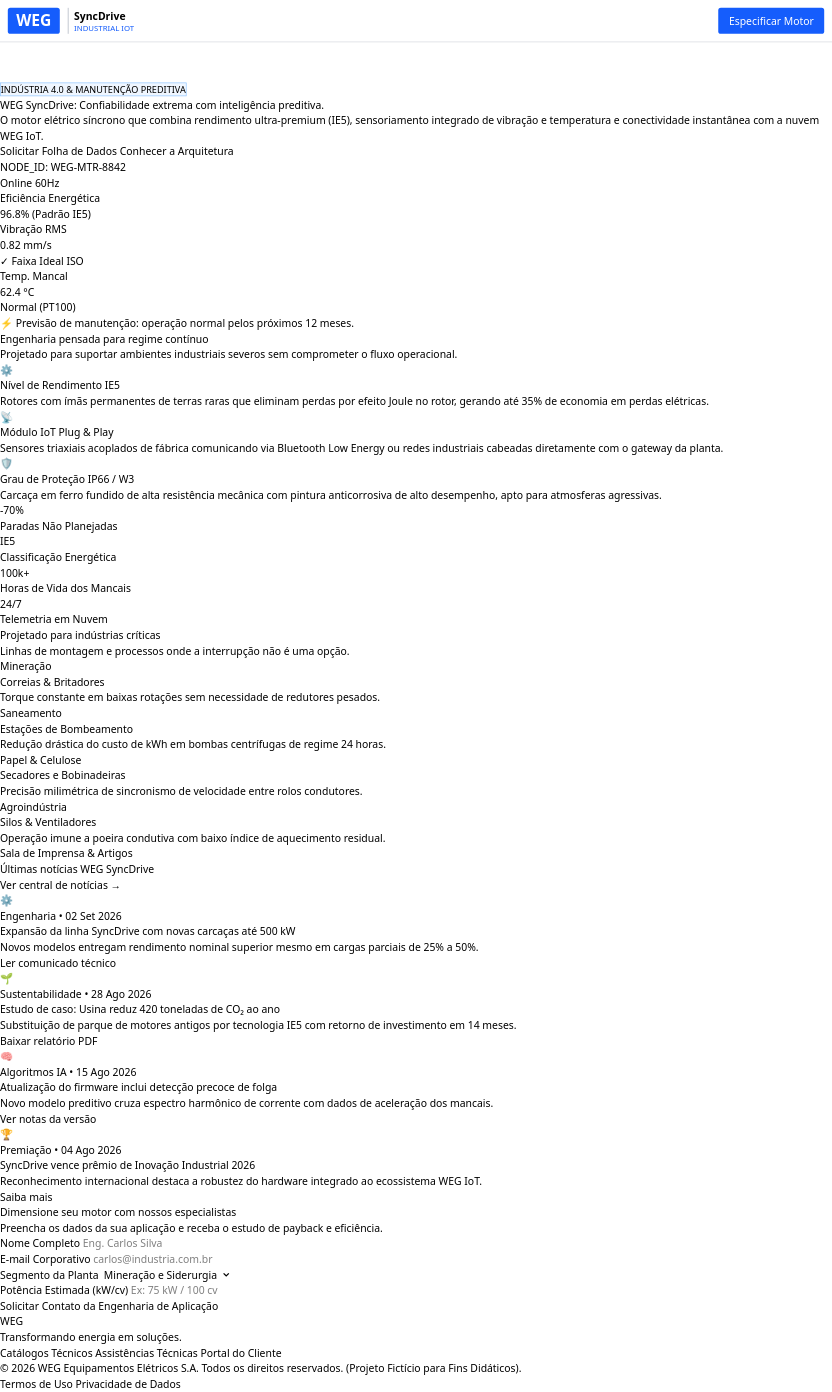
Repository: camilewng/Exercicio-Tailwind
Page: index.html
The author's editor kept a copy of each file at every save. The page is drawn from the files as they stood at one save, then again after a run of saves.
The browser window is 1280 px wide. The pictures show the whole page, at 65% of full size.

Above is the page before, as saved 2026-09-08 19:07:22.

### index.html
<!DOCTYPE html>
<html lang="pt-BR">
<head>
  <meta charset="UTF-8">
  <meta name="viewport" content="width=device-width, initial-scale=1.0">
  <title>WEG SyncDrive IoT - Exercício Tailwind CSS</title>
  <script src="https://cdn.jsdelivr.net/npm/@tailwindcss/browser@4"></script>
</head>
<body>

  <!-- ==========================================
       1. HEADER / NAVBAR
       Desafio:
       - Fixar no topo (sticky top-0) com fundo translúcido/blur.
       - Logo WEG em destaque com fundo azul industrial.
       - Menu oculto em telas pequenas e visível em lg:.
  =========================================== -->
  <header>
    <div class="flex flex-row justify-between border-b border-gray-300 mb-15">
      <div class="flex">
        <div class="bg-blue-600 text-white text-2xl font-black w-20 h-10 text-center pt-0.75 rounded-sm m-3">
          WEG
        </div>
        <div class="flex flex-col border-l-2 border-gray-300 h-10 pl-2 mt-3">
          <span class="font-bold">SyncDrive</span>
          <span class="text-blue-600 uppercase font-medium text-xs">Industrial IoT</span>
        </div>
      </div>

      <nav class="hidden">
        <a href="#solucao">A Solução</a>
        <a href="#recursos">Tecnologia</a>
        <a href="#metricas">Performance</a>
        <a href="#aplicacoes">Aplicações</a>
        <a href="#novidades">Notícias</a>
      </nav>

      <div class="flex">
        <a href="#contato" class="hidden">Falar com Consultor</a>
        <a href="#contato" class="bg-blue-600 text-white px-4 py-2 mr-3 mt-3 mb-3 rounded-sm font-medium">
          Especificar Motor
        </a>
      </div>
    </div>
  </header>

  <main>
    <!-- ==========================================
         2. HERO SECTION
         Desafio:
         - Layout em grid de 2 colunas no desktop (texto + painel de telemetria).
         - Centralizado no mobile, alinhado à esquerda em lg:.
         - Estilizar o card escuro de telemetria com badges e status.
    =========================================== -->
    <section id="solucao">
      <div>
        <div>

          <!-- Coluna 1: Conteúdo Textual -->
          <div>
            <span class="bg-blue-50 border border-blue-300 uppercase text-sm">Indústria 4.0 & Manutenção Preditiva</span>
            <h1>WEG SyncDrive: Confiabilidade extrema com inteligência preditiva.</h1>
            <p>
              O motor elétrico síncrono que combina rendimento ultra-premium (IE5), sensoriamento integrado de vibração e temperatura e conectividade instantânea com a nuvem WEG IoT.
            </p>
            <div>
              <a href="#contato">Solicitar Folha de Dados</a>
              <a href="#recursos">Conhecer a Arquitetura</a>
            </div>
          </div>

          <!-- Coluna 2: Card de Telemetria IoT -->
          <div>
            <div>
              <div>
                <span>NODE_ID: WEG-MTR-8842</span>
                <div>
                  <span></span>
                  <span>Online 60Hz</span>
                </div>
              </div>

              <div>
                <div>
                  <span>Eficiência Energética</span>
                  <div>96.8% <span>(Padrão IE5)</span></div>
                </div>

                <div>
                  <div>
                    <span>Vibração RMS</span>
                    <div>0.82 mm/s</div>
                    <span>✓ Faixa Ideal ISO</span>
                  </div>
                  <div>
                    <span>Temp. Mancal</span>
                    <div>62.4 °C</div>
                    <span>Normal (PT100)</span>
                  </div>
                </div>

                <div>
                  ⚡ Previsão de manutenção: operação normal pelos próximos 12 meses.
                </div>
              </div>
            </div>
          </div>

        </div>
      </div>
    </section>

    <!-- ==========================================
         3. RECURSOS / ESPECIFICAÇÕES TÉCNICAS
         Desafio:
         - Grid responsivo de 3 colunas (1 col mobile, 3 cols desktop).
         - Efeito hover nos cards com transição suave de borda ou sombra.
    =========================================== -->
    <section id="recursos">
      <div>
        <div>
          <h2>Engenharia pensada para regime contínuo</h2>
          <p>Projetado para suportar ambientes industriais severos sem comprometer o fluxo operacional.</p>
        </div>

        <div>
          <article>
            <div>⚙️</div>
            <h3>Nível de Rendimento IE5</h3>
            <p>Rotores com ímãs permanentes de terras raras que eliminam perdas por efeito Joule no rotor, gerando até 35% de economia em perdas elétricas.</p>
          </article>

          <article>
            <div>📡</div>
            <h3>Módulo IoT Plug & Play</h3>
            <p>Sensores triaxiais acoplados de fábrica comunicando via Bluetooth Low Energy ou redes industriais cabeadas diretamente com o gateway da planta.</p>
          </article>

          <article>
            <div>🛡️</div>
            <h3>Grau de Proteção IP66 / W3</h3>
            <p>Carcaça em ferro fundido de alta resistência mecânica com pintura anticorrosiva de alto desempenho, apto para atmosferas agressivas.</p>
          </article>
        </div>
      </div>
    </section>

    <!-- ==========================================
         4. MÉTRICAS / NÚMEROS INDUSTRIAIS
         Desafio:
         - Seção de alto contraste (fundo escuro slate-900).
         - Grid de 2 colunas no mobile e 4 colunas em telas maiores.
    =========================================== -->
    <section id="metricas">
      <div>
        <div>
          <div>
            <div>-70%</div>
            <div>Paradas Não Planejadas</div>
          </div>
          <div>
            <div>IE5</div>
            <div>Classificação Energética</div>
          </div>
          <div>
            <div>100k+</div>
            <div>Horas de Vida dos Mancais</div>
          </div>
          <div>
            <div>24/7</div>
            <div>Telemetria em Nuvem</div>
          </div>
        </div>
      </div>
    </section>

    <!-- ==========================================
         5. APLICAÇÕES INDUSTRIAIS
         Desafio:
         - Grid de 4 colunas adaptável (1 col mobile, 2 sm, 4 lg).
         - Uso de tags de categoria uppercase com tipografia reduzida.
    =========================================== -->
    <section id="aplicacoes">
      <div>
        <div>
          <h2>Projetado para indústrias críticas</h2>
          <p>Linhas de montagem e processos onde a interrupção não é uma opção.</p>
        </div>

        <div>
          <div>
            <span>Mineração</span>
            <h4>Correias & Britadores</h4>
            <p>Torque constante em baixas rotações sem necessidade de redutores pesados.</p>
          </div>

          <div>
            <span>Saneamento</span>
            <h4>Estações de Bombeamento</h4>
            <p>Redução drástica do custo de kWh em bombas centrífugas de regime 24 horas.</p>
          </div>

          <div>
            <span>Papel & Celulose</span>
            <h4>Secadores e Bobinadeiras</h4>
            <p>Precisão milimétrica de sincronismo de velocidade entre rolos condutores.</p>
          </div>

          <div>
            <span>Agroindústria</span>
            <h4>Silos & Ventiladores</h4>
            <p>Operação imune a poeira condutiva com baixo índice de aquecimento residual.</p>
          </div>
        </div>
      </div>
    </section>

    <!-- ==========================================
         6. NOVIDADES / NOTÍCIAS (4 ITENS)
         Desafio:
         - Cabeçalho com alinhamento justify-between.
         - 4 cards em grid: 1 col (mobile), 2 cols (md), 4 cols (lg).
         - Imagem/banner visual com gradiente em cada notícia.
         - Flexbox nos cards para fixar o link de leitura no rodapé.
    =========================================== -->
    <section id="novidades">
      <div>

        <div>
          <div>
            <span>Sala de Imprensa & Artigos</span>
            <h2>Últimas notícias WEG SyncDrive</h2>
          </div>
          <a href="#">Ver central de notícias →</a>
        </div>

        <div>
          <!-- Notícia 1 -->
          <article>
            <div>⚙️</div>
            <div>
              <div>
                <span>Engenharia</span>
                <span>•</span>
                <time>02 Set 2026</time>
              </div>
              <h3>
                <a href="#">Expansão da linha SyncDrive com novas carcaças até 500 kW</a>
              </h3>
              <p>Novos modelos entregam rendimento nominal superior mesmo em cargas parciais de 25% a 50%.</p>
              <a href="#">Ler comunicado técnico</a>
            </div>
          </article>

          <!-- Notícia 2 -->
          <article>
            <div>🌱</div>
            <div>
              <div>
                <span>Sustentabilidade</span>
                <span>•</span>
                <time>28 Ago 2026</time>
              </div>
              <h3>
                <a href="#">Estudo de caso: Usina reduz 420 toneladas de CO₂ ao ano</a>
              </h3>
              <p>Substituição de parque de motores antigos por tecnologia IE5 com retorno de investimento em 14 meses.</p>
              <a href="#">Baixar relatório PDF</a>
            </div>
          </article>

          <!-- Notícia 3 -->
          <article>
            <div>🧠</div>
            <div>
              <div>
                <span>Algoritmos IA</span>
                <span>•</span>
                <time>15 Ago 2026</time>
              </div>
              <h3>
                <a href="#">Atualização do firmware inclui detecção precoce de folga</a>
              </h3>
              <p>Novo modelo preditivo cruza espectro harmônico de corrente com dados de aceleração dos mancais.</p>
              <a href="#">Ver notas da versão</a>
            </div>
          </article>

          <!-- Notícia 4 -->
          <article>
            <div>🏆</div>
            <div>
              <div>
                <span>Premiação</span>
                <span>•</span>
                <time>04 Ago 2026</time>
              </div>
              <h3>
                <a href="#">SyncDrive vence prêmio de Inovação Industrial 2026</a>
              </h3>
              <p>Reconhecimento internacional destaca a robustez do hardware integrado ao ecossistema WEG IoT.</p>
              <a href="#">Saiba mais</a>
            </div>
          </article>
        </div>

      </div>
    </section>

    <!-- ==========================================
         7. FORMULÁRIO DE CONTATO / DIMENSIONAMENTO
         Desafio:
         - Inputs estilizados com focus rings.
         - Grid de formulário com campos em 2 colunas no desktop.
    =========================================== -->
    <section id="contato">
      <div>
        <div>
          <h2>Dimensione seu motor com nossos especialistas</h2>
          <p>Preencha os dados da sua aplicação e receba o estudo de payback e eficiência.</p>
        </div>

        <form>
          <div>
            <div>
              <label>Nome Completo</label>
              <input type="text" placeholder="Eng. Carlos Silva">
            </div>
            <div>
              <label>E-mail Corporativo</label>
              <input type="email" placeholder="carlos@industria.com.br">
            </div>
          </div>

          <div>
            <div>
              <label>Segmento da Planta</label>
              <select>
                <option>Mineração e Siderurgia</option>
                <option>Papel e Celulose</option>
                <option>Saneamento e Água</option>
                <option>Química e Petroquímica</option>
                <option>Alimentos e Bebidas</option>
              </select>
            </div>
            <div>
              <label>Potência Estimada (kW/cv)</label>
              <input type="text" placeholder="Ex: 75 kW / 100 cv">
            </div>
          </div>

          <button type="submit">Solicitar Contato da Engenharia de Aplicação</button>
        </form>
      </div>
    </section>
  </main>

  <!-- ==========================================
       8. RODAPÉ / FOOTER
       Desafio:
       - Layout corporativo com tipografia sutil.
       - Disposição em flexbox responsivo (colunas empilhadas no mobile, linha no desktop).
  =========================================== -->
  <footer>
    <div>
      <div>
        <div>
          <div>WEG</div>
          <span>Transformando energia em soluções.</span>
        </div>
        <div>
          <a href="#">Catálogos Técnicos</a>
          <a href="#">Assistências Técnicas</a>
          <a href="#">Portal do Cliente</a>
        </div>
      </div>
      <div>
        <p>© 2026 WEG Equipamentos Elétricos S.A. Todos os direitos reservados. (Projeto Fictício para Fins Didáticos).</p>
        <div>
          <a href="#">Termos de Uso</a>
          <a href="#">Privacidade de Dados</a>
        </div>
      </div>
    </div>
  </footer>

</body>
</html>

After the next 2 saves:
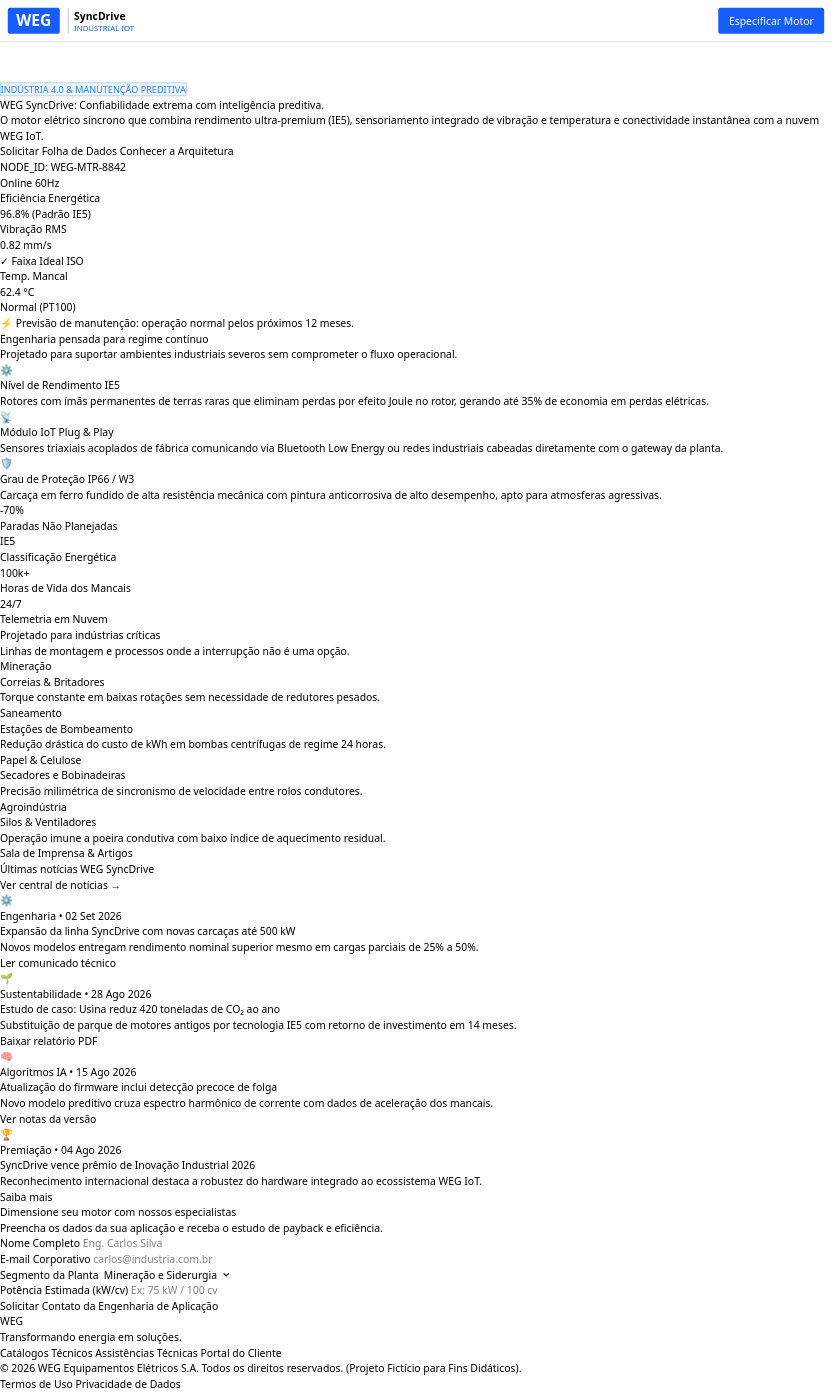
The 2 saves are shown as one change because they came seconds apart.
The last was saved 11 s later.
--- a/index.html
+++ b/index.html
@@ -58,7 +58,7 @@
 
           <!-- Coluna 1: Conteúdo Textual -->
           <div>
-            <span class="bg-blue-50 border border-blue-300 uppercase text-sm">Indústria 4.0 & Manutenção Preditiva</span>
+            <span class="bg-blue-50 border border-blue-300 uppercase text-sm text-blue-500">Indústria 4.0 & Manutenção Preditiva</span>
             <h1>WEG SyncDrive: Confiabilidade extrema com inteligência preditiva.</h1>
             <p>
               O motor elétrico síncrono que combina rendimento ultra-premium (IE5), sensoriamento integrado de vibração e temperatura e conectividade instantânea com a nuvem WEG IoT.
